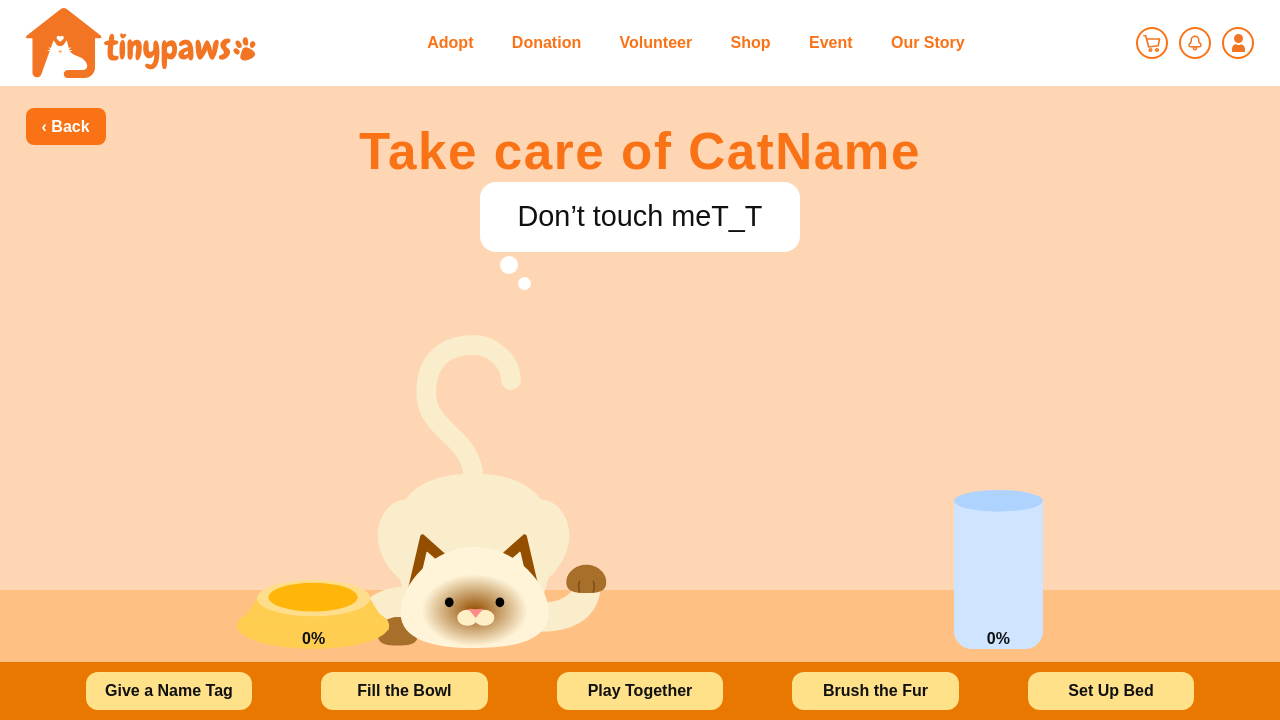
Repository: LShuyanLi/TinyPaws
Page: /, after clicking the first element matching `div > div`
These files come from the project's save history. The page is drawn as it stood at one moment and after the next save; the edit follows.
The browser window is 1280 px wide. The pictures show the whole page.
The project was rebuilt for these pictures with package versions that can differ from the ones it lists, and the page was loaded fresh each time. The framework's server and built-in components were replaced by stand-ins that run in the browser. Also part of the build but not shown: next.config.mjs.

Above is the page before, as saved 2026-05-09 23:38:13.

After the next save:
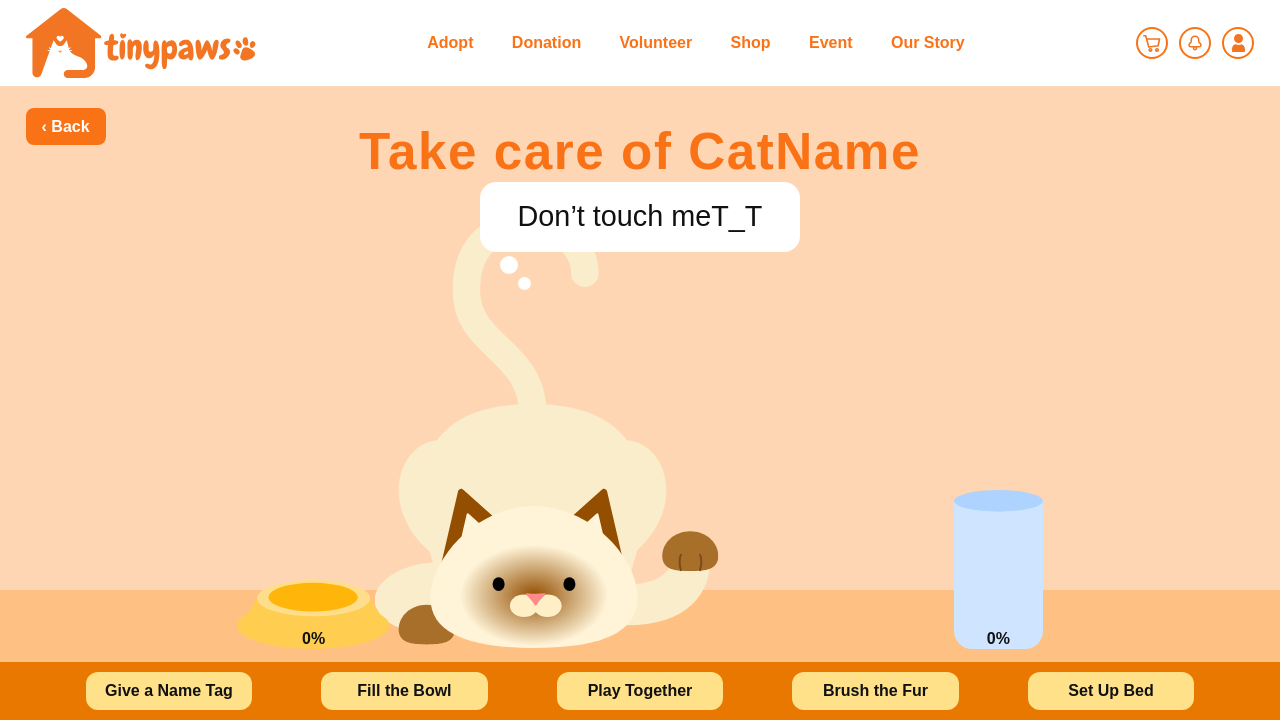
Saved 5 s later.
--- a/components/shared/CatDisplay.jsx
+++ b/components/shared/CatDisplay.jsx
@@ -8,8 +8,8 @@ export default function CatDisplay({
   let catImage = "/cat-1.svg";
 
   let catStyle = {
-    width: "50%",
-    height: "50%",
+    width: "70%",
+    height: "70%",
     objectFit: "contain",
     position: "absolute",
     bottom: "0px",
